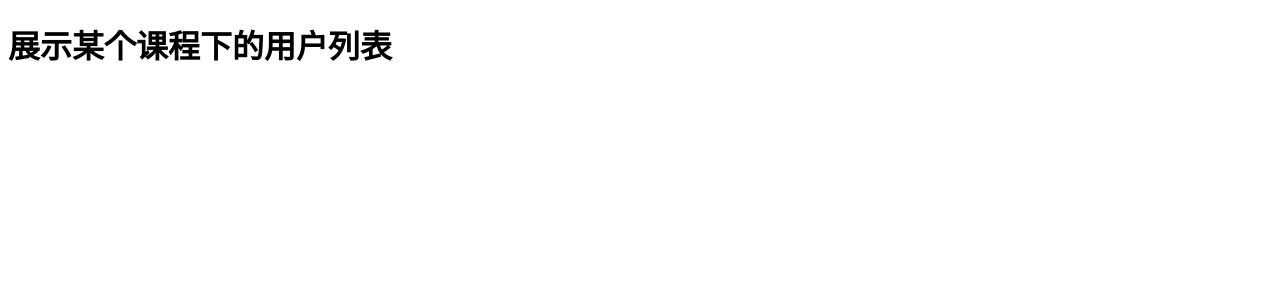
Repository: hbisheng/Academic-portal-website
Page: http://localhost/NewInfo/admin/course_user.jsp
These files come from the project's save history. The page is drawn as it stood at one moment and after the next save; the edit follows.
The browser window is 1280 px wide. The pictures show the whole page.
The page is served by Tomcat 9. Queries for data that is not in the repository find no rows.

Above is the page before, as saved 2014-09-20 19:03:17.

After the next save:
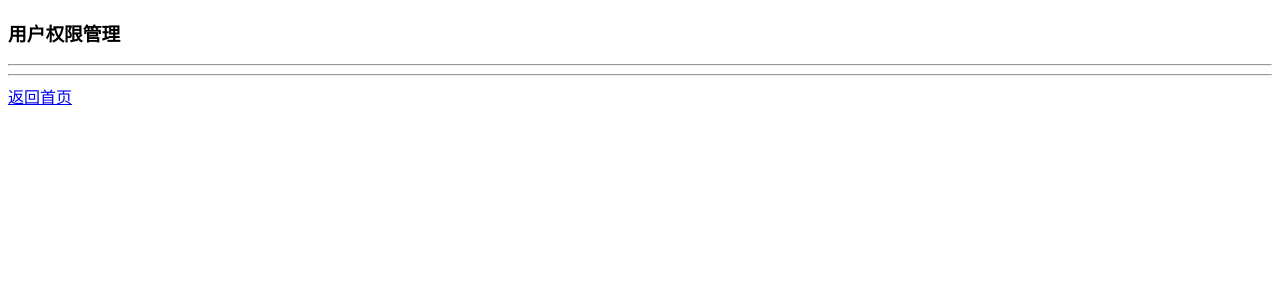
Saved 24 s later.
--- a/Java_info/NewInfo/WebContent/admin/course_user.jsp
+++ b/Java_info/NewInfo/WebContent/admin/course_user.jsp
@@ -1,3 +1,7 @@
+<%@page import="edu.thu.cs.*"%>
+<%@page import="jdbc.*"%>
+<%@page import="java.util.*"%>
+
 <%@ page language="java" contentType="text/html; charset=UTF-8"
     pageEncoding="UTF-8"%>
 <!DOCTYPE html PUBLIC "-//W3C//DTD HTML 4.01 Transitional//EN" "http://www.w3.org/TR/html4/loose.dtd">
@@ -8,7 +12,69 @@
 </head>
 <body>
 
-<h1>展示某个课程下的用户列表</h1>
+<h3>用户权限管理</h3>
 
+<%
+	String this_url = "user_manage.jsp";
+	JdbcDao jdbc = new JdbcDao();
+	List<Integer> c= jdbc.getUserIndex();
+	String action = null;
+	action = request.getParameter("action");
+	if(action != null)
+	{
+		User user = new User();
+		user.id = Integer.parseInt(request.getParameter("id"));
+		user = jdbc.getUser(user);
+		if(action.equals("not_login"))
+			user.permit_login = 0;
+		else if(action.equals("yes_login"))
+			user.permit_login = 1;
+		else if(action.equals("not_post"))
+			user.permit_post = 0;
+		else if(action.equals("yes_post"))
+			user.permit_post = 1;
+		else if(action.equals("yes_admin"))
+			user.permit_admin = 1;
+		else if(action.equals("not_admin"))
+			user.permit_admin = 0;
+		jdbc.updateUser(user);
+		response.sendRedirect(this_url);
+	}
+%>
+
+<hr>
+<%
+	int cnt = 0;
+	if(c!=null){
+		for(Integer i : c)
+		{
+			++cnt;
+			User tmp = new User(); tmp.id = i;
+			User user = jdbc.getUser(tmp);
+
+			String not_login = this_url+"?id="+user.id+"&action=not_login";
+			String yes_login = this_url+"?id="+user.id+"&action=yes_login";
+			String not_post = this_url+"?id="+user.id+"&action=not_post";
+			String yes_post = this_url+"?id="+user.id+"&action=yes_post";
+			String not_admin = this_url+"?id="+user.id+"&action=not_admin";
+			String yes_admin = this_url+"?id="+user.id+"&action=yes_admin";
+
+			%><li><p><%=cnt%>.<%=user.account%>|<%=user.realname%>|<%=user.nickname%>|<%=user.address%>|
+			登录权限<%=user.permit_login%>发帖权限<%=user.permit_post%>管理员权限<%=user.permit_admin%>
+
+			<a href = <%=not_login%>>禁止登陆</a>
+			<a href = <%=yes_login%>>恢复登陆</a>
+			<a href = <%=not_post %>>禁止发帖 </a>
+			<a href = <%=yes_post %>>恢复发帖</a>
+			<a href = <%=yes_admin %>>升级为管理员 </a>
+			<a href = <%=not_admin %>>取消管理员 </a>
+
+			</p></li><%
+		}
+}
+%>
+
+
+<hr><a href="../home.jsp">返回首页</a>
 </body>
 </html>
